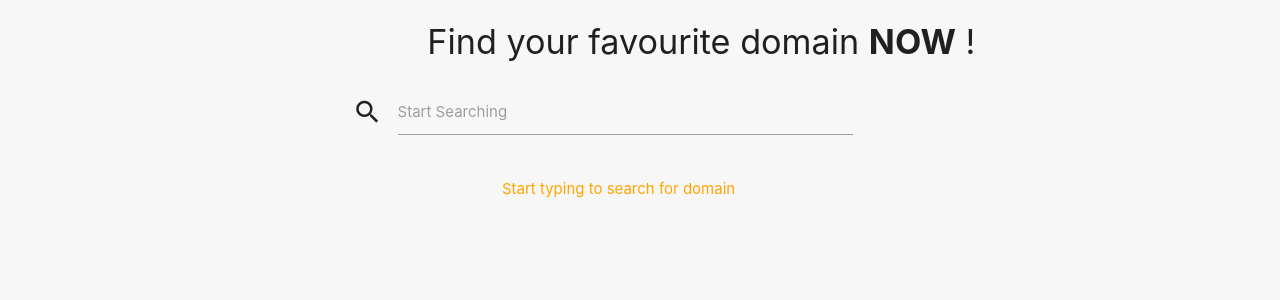
Repository: habib-urrehmaan/domain-name-searcher
Page: / (app in client/)
The author's editor kept a copy of each file at every save. The page is drawn from the files as they stood at one save, then again after the next save.
The browser window is 1280 px wide. The pictures show the whole page.
The project was rebuilt for these pictures with package versions that can differ from the ones it lists, and the page was loaded fresh each time. Also part of the build but not shown: client/src/Suggested.js.

Above is the page before, as saved 2020-04-17 22:02:39.

### client/public/index.html
<!DOCTYPE html>
<html lang="en">
  <head>
    <meta charset="utf-8" />
    <link rel="icon" href="%PUBLIC_URL%/favicon.ico" />
    <meta name="viewport" content="width=device-width, initial-scale=1" />
    <meta name="theme-color" content="#000000" />
    <meta
      name="description"
      content="Web site created using create-react-app"
    />
    <link rel="apple-touch-icon" href="%PUBLIC_URL%/logo192.png" />
    <!--
      manifest.json provides metadata used when your web app is installed on a
      user's mobile device or desktop. See https://developers.google.com/web/fundamentals/web-app-manifest/
    -->
    <link rel="manifest" href="%PUBLIC_URL%/manifest.json" />
    <!--
      Notice the use of %PUBLIC_URL% in the tags above.
      It will be replaced with the URL of the `public` folder during the build.
      Only files inside the `public` folder can be referenced from the HTML.

      Unlike "/favicon.ico" or "favicon.ico", "%PUBLIC_URL%/favicon.ico" will
      work correctly both with client-side routing and a non-root public URL.
      Learn how to configure a non-root public URL by running `npm run build`.
    -->
    <link rel="stylesheet" href="https://cdnjs.cloudflare.com/ajax/libs/materialize/1.0.0/css/materialize.min.css">
    <link href="https://fonts.googleapis.com/icon?family=Material+Icons" rel="stylesheet">
     <!-- Compiled and minified JavaScript -->
     <script src="https://cdnjs.cloudflare.com/ajax/libs/materialize/1.0.0/js/materialize.min.js"></script>
    <title>React App</title>
  </head>
  <body>
    <noscript>You need to enable JavaScript to run this app.</noscript>
    <div id="root"></div>
    <!--
      This HTML file is a template.
      If you open it directly in the browser, you will see an empty page.

      You can add webfonts, meta tags, or analytics to this file.
      The build step will place the bundled scripts into the <body> tag.

      To begin the development, run `npm start` or `yarn start`.
      To create a production bundle, use `npm run build` or `yarn build`.
    -->
  </body>
</html>

### client/src/index.js
import React from 'react';
import ReactDOM from 'react-dom';
import './index.css';
import App from './App';

ReactDOM.render(
  <React.StrictMode>
    <App />
  </React.StrictMode>,
  document.getElementById('root')
);

// If you want your app to work offline and load faster, you can change
// unregister() to register() below. Note this comes with some pitfalls.
// Learn more about service workers: https://bit.ly/CRA-PWA
// serviceWorker.unregister();

### client/src/index.css
body {
  margin: 0;
  font-family: -apple-system, BlinkMacSystemFont, 'Segoe UI', 'Roboto', 'Oxygen',
    'Ubuntu', 'Cantarell', 'Fira Sans', 'Droid Sans', 'Helvetica Neue',
    sans-serif;
  -webkit-font-smoothing: antialiased;
  -moz-osx-font-smoothing: grayscale;
  background-color: #F7F7F7;
}

code {
  font-family: source-code-pro, Menlo, Monaco, Consolas, 'Courier New',
    monospace;
}

### client/src/App.js
import React from 'react';
import Search from './Search';
import Output from './Output';

class App extends React.Component {

  constructor(props)
  {
    super(props);
    this.state ={
      output:null
    }
  }


  setAppOutput = (outputData) =>
  {
    console.log("setting output value")

    this.setState({
      output:outputData
    })
  }

  render()
  {
    return (
      <>
      <div className="App container">
        <Search setOutput={this.setAppOutput}/>
        <Output data={this.state.output}/>
      </div>
      </>
    );
  }
}

export default App;

### client/src/Search.js
import React, { Component } from 'react'
import axios from 'axios'

class Search extends Component {

    constructor(props)
    {
        super(props);
        console.log(props)
    }

    onChangeHandler = (e) =>
    {
        axios({
            'method': 'GET',
            'url': `/domain/search?domain=${e.target.value}`,
            'ContentType':'application/json'
        }).then((response)=>{

            var obj = JSON.parse(response.data.data);
            this.props.setOutput(obj);
        }).catch(error=>{
            console.log(error);
        });
    }

    render() {
        return (
            <div>
                <div className="row">
                    <div className="col offset-s3">
                        <h4>Find your favourite domain <b>NOW</b> !</h4>
                    </div>
                    <div className="input-field col s7 offset-s2">
                        <i className="material-icons prefix">search</i>
                        <input id="search" type="text" className="validate" onChange={this.onChangeHandler}/>
                        <label htmlFor="search">Start Searching</label>
                    </div>
                </div>
            </div>
        )
    }
}

export default Search;

### client/src/Output.js
import React from 'react'
import Suggested from './Suggested';
import './Output.css';

export default function Output(props) {

    let {data} = props;

    return (
        <div className="row">
        {(data)?(<div className="col offset-s4">{
            (data.available)?(<div><span className="success">Congratulations! This domain is available</span><br/><span className="col offset-s4"><b>For:</b>{" "+data.currency+" "+data.price}</span></div>):
            (data.code)?(<div className="error">{data.message}</div>):(<div><Suggested domain={data.domain}/></div>)}</div>)
            :(<div className="col offset-s4 info">Start typing to search for domain</div>)}
        </div>
    )
}

### client/src/Output.css
.success{
    color:green;
}

.error{
    color:red;
}

.info
{
    color:orange
}

After the next save:
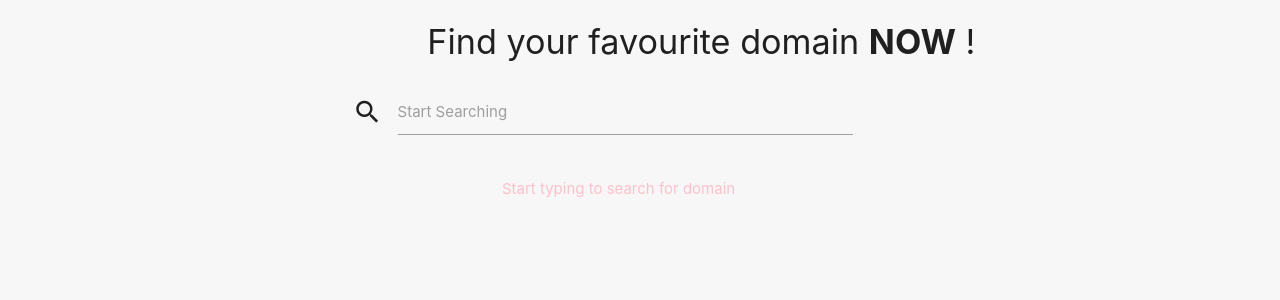
Saved 20 s later.
--- a/client/src/Output.css
+++ b/client/src/Output.css
@@ -8,5 +8,5 @@
 
 .info
 {
-    color:orange
+    color:pink
 }
